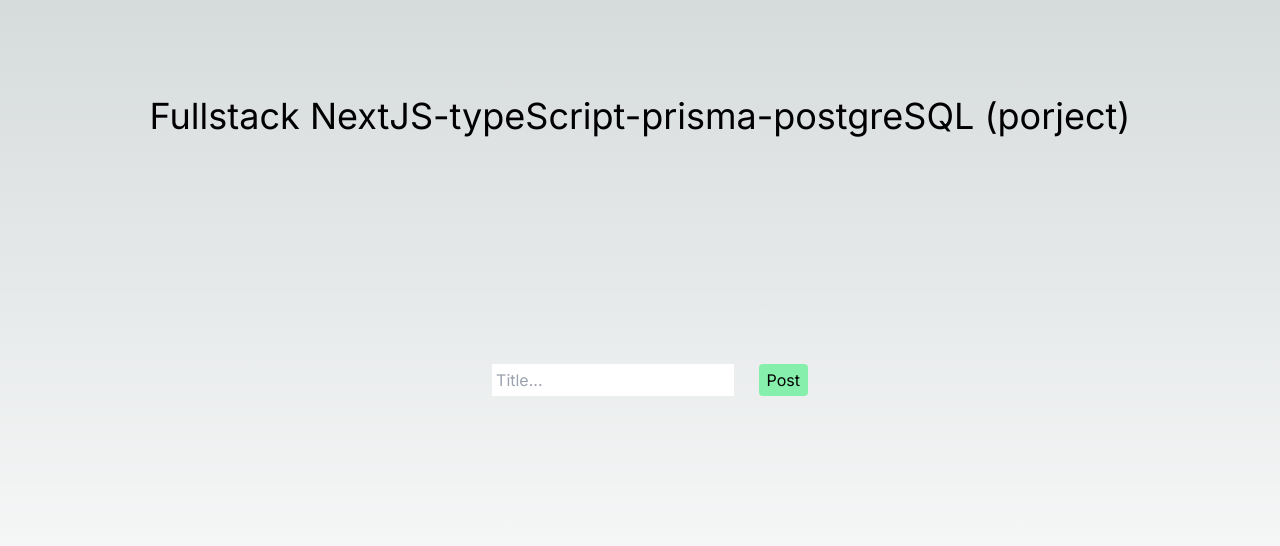
Repository: badhon252/fullstack-next-typescript-prisma-stuff
Page: /
These files come from the project's save history. The page is drawn as it stood at one moment and after the next save; the edit follows.
The browser window is 1280 px wide. The pictures show the whole page.
The page's requests for data from a server got no answer. The project was rebuilt for these pictures with package versions that can differ from the ones it lists, and the page was loaded fresh each time. The framework's server and built-in components were replaced by stand-ins that run in the browser. No one was signed in, and anything a server would have sent is missing. Also part of the build but not shown: next.config.js.

Above is the page before, as saved 2023-05-12 02:38:22.

### app/layout.tsx
import "./globals.css";
import { Inter } from "next/font/google";

const inter = Inter({ subsets: ["latin"] });

export const metadata = {
  title: "TalentForge",
  description: "Generated by create next app",
};

export default function RootLayout({
  children,
}: {
  children: React.ReactNode;
}) {
  return (
    <html lang="en">
      <body className={inter.className}>{children}</body>
    </html>
  );
}

### app/page.tsx
"use client";
import { useEffect, useState } from "react";
import FormData from "./Form";
import { useRouter } from "next/navigation";

interface Post {
  id: number;
  title: string;
}

async function getPosts(): Promise<Post[]> {
  try {
    const response = await fetch(`/api/getPosts`);
    if (!response.ok) {
      throw new Error("Unable to fetch posts");
    }
    return response.json();
  } catch (error) {
    console.error("Error fetching posts:", error);
    return [];
  }
}

export default function Home() {
  const [posts, setPosts] = useState<Post[]>([]);
  const router = useRouter();

  useEffect(() => {
    async function fetchData() {
      try {
        const data = await getPosts();
        console.log("Fetched posts:", data);
        setPosts(data);
      } catch (error) {
        console.error("Error fetching posts:", error);
      }
    }
    router.refresh();

    fetchData();
  }, []);

  console.log("Posts:", posts);

  return (
    <main className="flex min-h-screen flex-col items-center justify-between p-24">
      <h1 className="text-4xl bold">
        Fullstack NextJS-typeScript-prisma-postgreSQL (porject)
      </h1>
      <FormData />
      <ul className="post">
        {posts.map((post) => (
          <li key={post.id}>
            <h1 className="text-3xl">{post.title}</h1>
          </li>
        ))}
      </ul>
    </main>
  );
}

### app/Form.tsx
"use client";
import { useRouter } from "next/navigation";
import React, { useState } from "react";

export default function FormData() {
  const [title, setTitle] = useState("");
  // const [content, setContent] = useState("");
  const router = useRouter();

  //Create a submit post
  async function submitPost(e: React.FormEvent) {
    e.preventDefault();
    const data = await fetch("/api/createPost", {
      method: "POST",
      body: JSON.stringify({ title }),
    });
    const res = await data.json();
    router.refresh();
    if (!res.ok) console.log(res.message);
    setTitle("");
    // setContent("");
  }
  return (
    <form onSubmit={submitPost}>
      <input
        className="bg-gray m-5 p-1 text-black"
        type="text"
        name="title"
        placeholder="Title..."
        onChange={(e) => setTitle(e.target.value)}
        value={title}
      />{" "}
      {/* <textarea
        className="bg-gray m-5 p-1 text-black"
        name="content"
        placeholder="Content..."
        onChange={(e) => setContent(e.target.value)}
        value={content}
      /> */}
      <button
        type="submit"
        className="bg-green-300 py-1 px-2 hover:bg-green-600 rounded text-black"
      >
        Post
      </button>
    </form>
  );
}

Loaded but not shown: app/globals.css (common file); tailwind.config.js (common file)

After the next save:
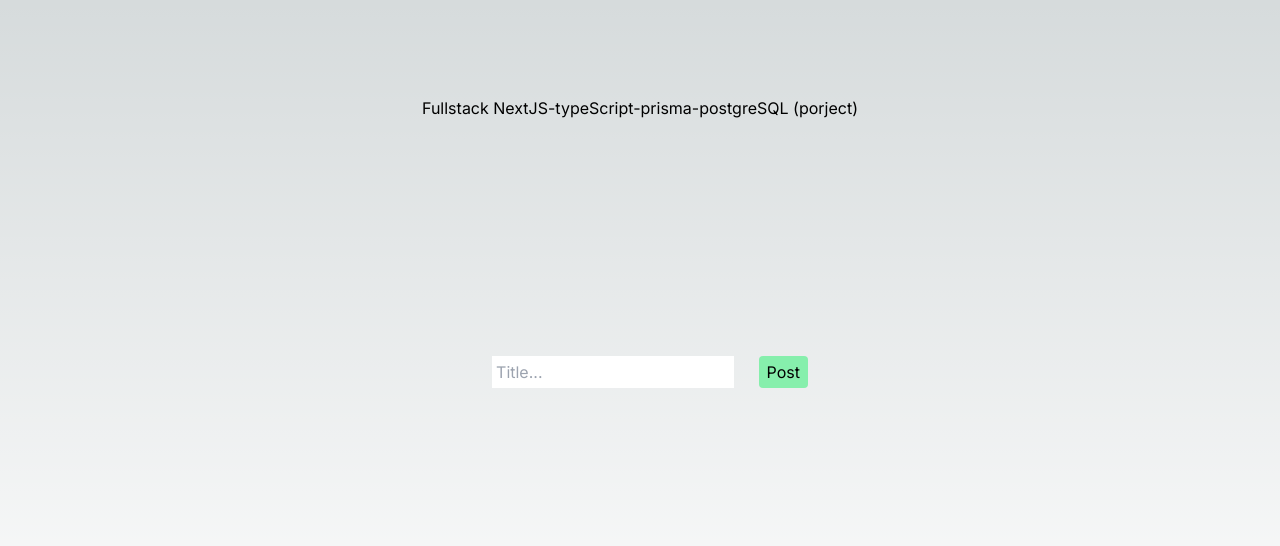
Saved 6 s later.
--- a/app/page.tsx
+++ b/app/page.tsx
@@ -44,7 +44,7 @@
 
   return (
     <main className="flex min-h-screen flex-col items-center justify-between p-24">
-      <h1 className="text-4xl bold">
+      <h1 className="text-4x">
         Fullstack NextJS-typeScript-prisma-postgreSQL (porject)
       </h1>
       <FormData />

After the save that followed:
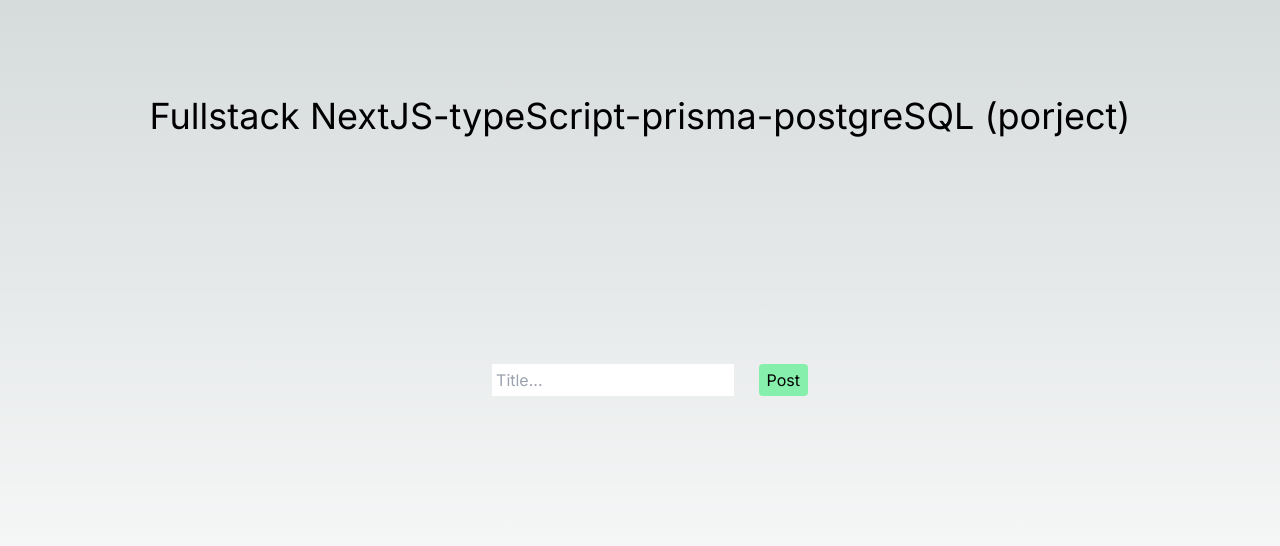
Saved 5 s later.
--- a/app/page.tsx
+++ b/app/page.tsx
@@ -44,7 +44,7 @@
 
   return (
     <main className="flex min-h-screen flex-col items-center justify-between p-24">
-      <h1 className="text-4x">
+      <h1 className="text-4xl">
         Fullstack NextJS-typeScript-prisma-postgreSQL (porject)
       </h1>
       <FormData />
